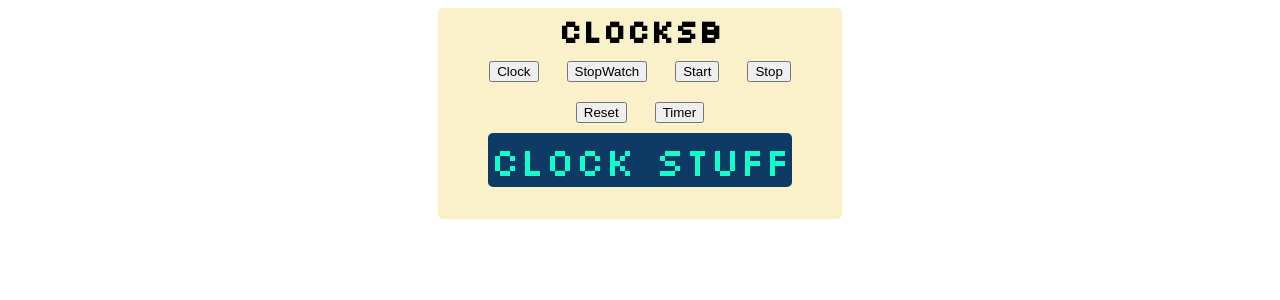
Repository: ourshadetree/clockSB
Page: index.html
The author's editor kept a copy of each file at every save. The page is drawn from the files as they stood at one save, then again after the next save.
The browser window is 1280 px wide. The pictures show the whole page.

Above is the page before, as saved 2025-12-05 23:48:26.
Console error: ReferenceError: loadClock is not defined

After the next save:
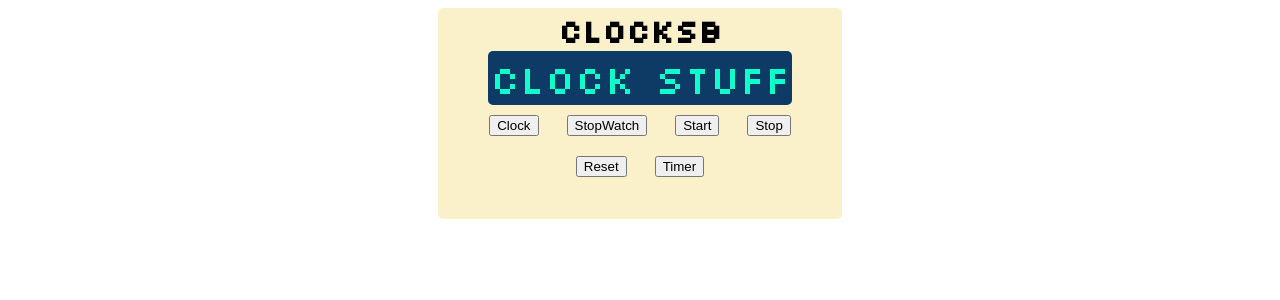
Saved 8 h 18 min later.
--- a/index.html
+++ b/index.html
@@ -10,15 +10,17 @@
 <body>
     <div id="outer-shell">
         <h1 id="title">ClockSB</h1>
+
+        <div id="screen">
+            <span id="clockScreen">Clock stuff</span>
+
+        </div>
         <button>Clock</button>
         <button onClick="openSW()">StopWatch</button>
         <button onClick="start()">Start</button>
         <button onClick="end()">Stop</button>
         <button onClick="reset()">Reset</button>
         <button>Timer</button>
-        <div id="screen">
-            <span id="clockScreen">Clock stuff</span>
-        </div>
     </div>
 </body>
 </html>
